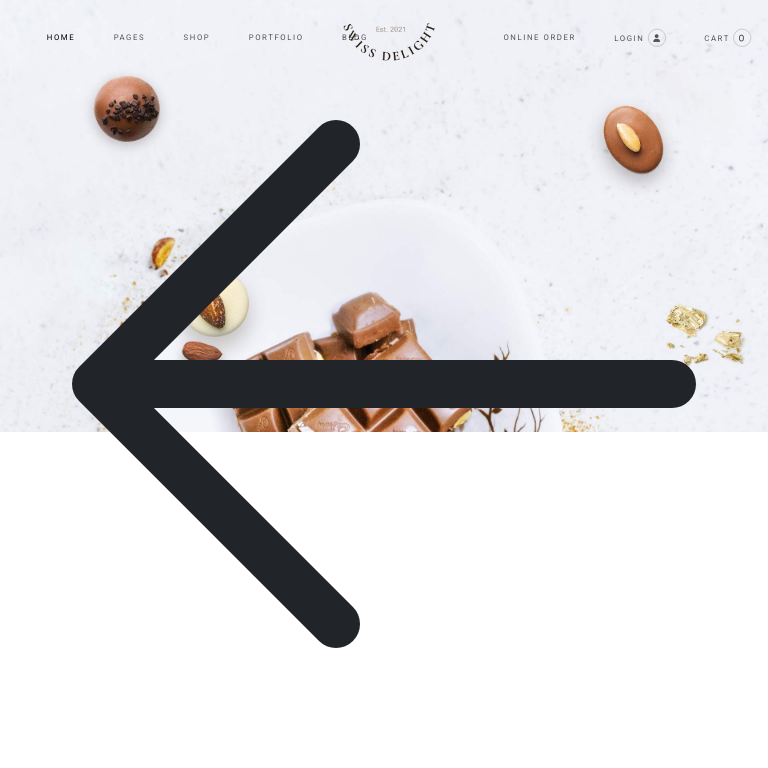
Repository: HadelAbdellatif/Project1
Page: index.html
These files come from the project's save history. The page is drawn as it stood at one moment and after the next save; the edit follows.
The browser window is 1280 px wide. The pictures show the whole page, at 60% of full size.

Above is the page before, as saved 2023-10-15 21:26:28.
Console error: TypeError: Cannot read properties of null (reading 'addEventListener')

### index.html
<!doctype html>
<html lang="en">

<head>
  <meta charset="utf-8">
  <meta name="viewport" content="width=device-width, initial-scale=1">
  <title>Bootstrap demo</title>

  <!-- Bootsrap 5.3 -->
  <link href="assets/css/bootstrap.min.css" rel="stylesheet">


  <!-- fontawesome 6.4 -->
  <link href="assets/css/all.min.css" rel="stylesheet">

  <!-- Custom css -->
  <link href="assets/css/style.css" rel="stylesheet">

  <!-- Media -->
  <link href="assets/css/media.css" rel="stylesheet">


</head>

<body>

  <!-- Start Navbar -->

  <nav class="navbar navbar-expand-lg bg-transparent fixed-top">
    <div class="container pt-0 mt-0">
      <div class="collapse navbar-collapse" id="navbarSupportedContent">

        <div class="row d-flex">
          <div class="col-md-5 d-flex ps-0">
            <ul class="navbar-nav ms-auto mb-2 mb-lg-0 gap-5 pt-3 justify-content-center align-items-center me-5">
              <li class="nav-item">
                <a class="nav-link active" aria-current="page" href="#home">HOME</a>
              </li>
              <li class="nav-item">
                <a class="nav-link" href="#pages">PAGES</a>
              </li>
              <li class="nav-item">
                <a class="nav-link" href="#shop">SHOP</a>
              </li>
              <li class="nav-item">
                <a class="nav-link" href="#portfolio">PORTFOLIO</a>
              </li>
              <li class="nav-item">
                <a class="nav-link me-5" href="#blog">BLOG</a>
              </li>
            </ul>
          </div>

          <div class="col-md-2">
            <a class="nav-item">
              <img src="assets/img/logo-swiss-1.png" width="152px" height="90" class="ms-3 img-fluid" alt="Logo" />
            </a>
          </div>

          <div class="col-md-5 d-flex ps-0">
            <ul class="navbar-nav me-auto mb-2 mb-lg-0 gap-5 pt-3 justify-content-center align-items-center ms-5 ps-5 ">
              <li class="nav-item">
                <a class="nav-link text-nowrap" href="#onlineOrder">ONLINE ORDER</a>
              </li>
              <li class="nav-item">
                <a class="nav-link text-nowrap" href="#login">
                  <span>LOGIN</span>
                  <i class="fa-solid fa-user rounded-circle p-2 text-center"></i>
                </a>
              </li>
              <li class="nav-item">
                <a class="nav-link text-nowrap" href="#cart">
                  <span>CART</span>
                  <i class="fa-solid fa-0 rounded-circle p-2 text-center"></i>
                </a>
              </li>
              <li class="nav-item">
                <a class="nav-link" href="#more"><svg class="qodef-side-area--svg-open" xmlns="http://www.w3.org/2000/svg" xmlns:xlink="http://www.w3.org/1999/xlink" x="0px" y="0px" width="34px" height="9px" viewBox="0 0 34 9" enable-background="new 0 0 34 9" xml:space="preserve">
                  <line fill="none" stroke="#000000" stroke-miterlimit="10" x1="0" y1="8.295" x2="34" y2="8.295"></line>
                  <line fill="none" stroke="#000000" stroke-miterlimit="10" x1="0" y1="0.705" x2="34" y2="0.705"></line>
                  </svg></a>
              </li>
            </ul>
          </div>

        </div>

      </div>
    </div>
  </nav>

  <!-- End of Navbar -->

  <!-- Start header section -->

  <header class="vh-100">
    <svg xmlns="http://www.w3.org/2000/svg" fill="none" viewBox="0 0 24 24" stroke-width="1.5" stroke="currentColor" class="w-6 h-6">
      <path stroke-linecap="round" stroke-linejoin="round" d="M10.5 19.5L3 12m0 0l7.5-7.5M3 12h18" />
    </svg>
  </header>

  <!-- End header section -->




  <!-- Bootstrap 5.3 -->
  <script src="assets/js/bootstrap.bundle.min.js"></script>

  <!-- Java Script -->
  <script src="assets/JavaScript/JavaScript.js"></script>
</body>

</html>

### assets/css/style.css
/* font-family: 'Heebo', sans-serif; */
@import url('https://fonts.googleapis.com/css2?family=Heebo&display=swap');

/* font-family: 'Cormorant', serif; */
@import url('https://fonts.googleapis.com/css2?family=Cormorant:ital,wght@0,300;1,300&family=Heebo&display=swap');

/* main color */
:root{
    --main-color: #241c10;
}

.bg-main-color{
    background-color: #988779;
}

.text-main-color{
    color: var(--main-color);
}

.border-main-color{
    border-color: var(--main-color)  !important;
}

/* Start Navbar */

.navbar{
    font-family: 'Heebo', sans-serif;
    font-weight: 400;
    font-size: 13px;
    line-height: 22px;
    color: var(--main-color);
}

.navbar .nav-link{
    letter-spacing:0.2em;
}

.navbar i{
    font-size: 13px;
    border: 1px solid rgba(36,28,16,.3);
    transition: 0.5s ease-in-out;
    width: 30px;
    height: 30px;
}

.navbar .nav-link:hover i{
    border-color: var(--main-color);
}


/* End Navbar */

/* Start header */

header{
    background-image: url('../img/h1-rev-img1-2.jpg');
    background-size: cover;
    background-repeat: no-repeat;
    background-position: center;
}

/* End header */

### assets/css/media.css
@media (max-width:991px){

    .nav-item{
        width: fit-content;
    }

}

@media (max-width:768px){

    .about .count{
        border: none !important;
    }

    .cv .download{
        text-align: center !important;
        margin-bottom: 2rem !important;
    }

    .cv .brands{
        justify-content: center !important;
    }
}


@media (max-width:568px){

    header{
        background-position-x:-235px;
    }

    .header-content{
        align-items: start !important;
    }

    h1{
        font-size: 45px;
    }

    .contact p, .contact form{
        width: 100% !important;
    }

}

### assets/JavaScript/JavaScript.js
// *************  Start Loading ************* //

const loading = document.querySelector('.loading');

window.addEventListener('load', function(){
     this.setTimeout(function(){
        loading.classList.add('opacity-0', 'invisible');
        document.body.style.overflow = 'auto';
     }, 2000)
})

// *************  End of Loading ************* //

// *************  Start scroll-to-top ************* //

const ScrollToTop = document.querySelector('.scroll-to-top');
const aboutSection = document.querySelector('.about');

ScrollToTop.addEventListener('click', function(){
    window.scroll({
        top:0,
        behavior:"smooth"
    })
})

// *************  End scroll-to-top ************* //

// *************  Start Navbar ************* //

const navbar = document.querySelector('.navbar');
const headerContenth = document.querySelector('.header-content h3');

navbar.style.transition = '0.4s background-color';

window.addEventListener('scroll', function(){
    if(window.scrollY > headerContenth.offsetTop){
         navbar.style.backgroundColor = "#fff";
    }
    else{
        navbar.style.backgroundColor = "transparent";
    }
    if(window.scrollY > aboutSection.offsetTop){
        ScrollToTop.classList.remove('opacity-0', 'invisible');
    }
    else{
        ScrollToTop.classList.add('opacity-0', 'invisible');
    }
})

// *************  End of Navbar ************* //

// *************  Start Links ************* //

const NavLinks = document.querySelectorAll('.nav-link');

for(let i=0 ; i<NavLinks.length ; i++){
    NavLinks[i].addEventListener('click', function(e){
        e.preventDefault();

        document.querySelector('.nav-link.active').classList.remove('active');

       // for(let j=0 ; j<NavLinks.length ; j++){
        //    NavLinks[j].classList.remove('active');
       // }

        NavLinks[i].classList.add('active');
        let currentID = this.getAttribute('href');
        let targerSection = document.querySelector(currentID);
        window.scroll({
            top:targerSection.offsetTop,
            behavior:"smooth"
        })
    })
}

// *************  End of Links ************* //

Loaded but not shown: assets/css/bootstrap.min.css (library); assets/css/all.min.css (library); assets/js/bootstrap.bundle.min.js (library)

After the next save:
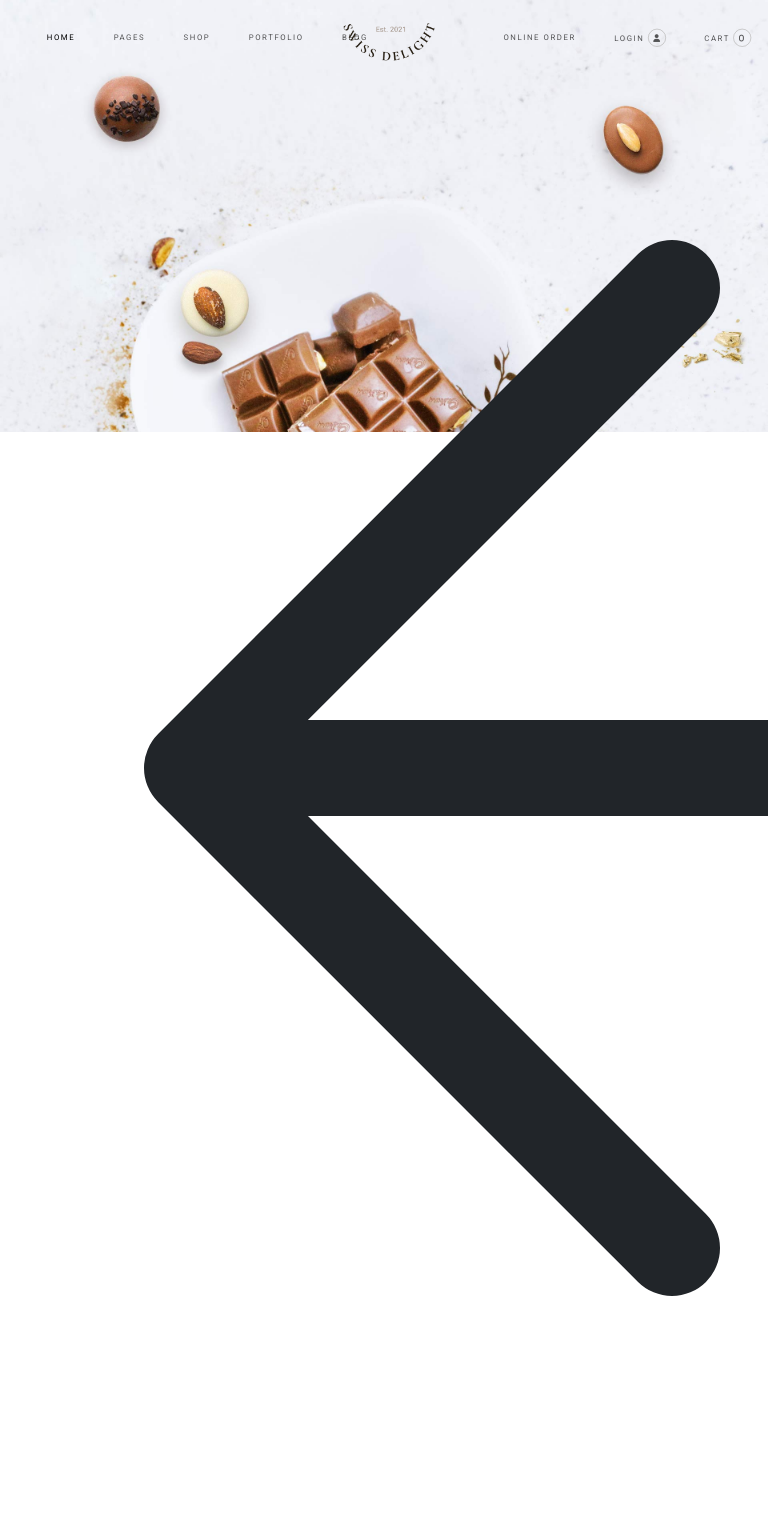
Saved 9 s later.
--- a/index.html
+++ b/index.html
@@ -94,7 +94,7 @@
   <!-- Start header section -->
 
   <header class="vh-100">
-    <svg xmlns="http://www.w3.org/2000/svg" fill="none" viewBox="0 0 24 24" stroke-width="1.5" stroke="currentColor" class="w-6 h-6">
+    <svg xmlns="http://www.w3.org/2000/svg" fill="none" viewBox="0 0 12 24" stroke-width="1.5" stroke="currentColor" class="w-6 h-6">
       <path stroke-linecap="round" stroke-linejoin="round" d="M10.5 19.5L3 12m0 0l7.5-7.5M3 12h18" />
     </svg>
   </header>
